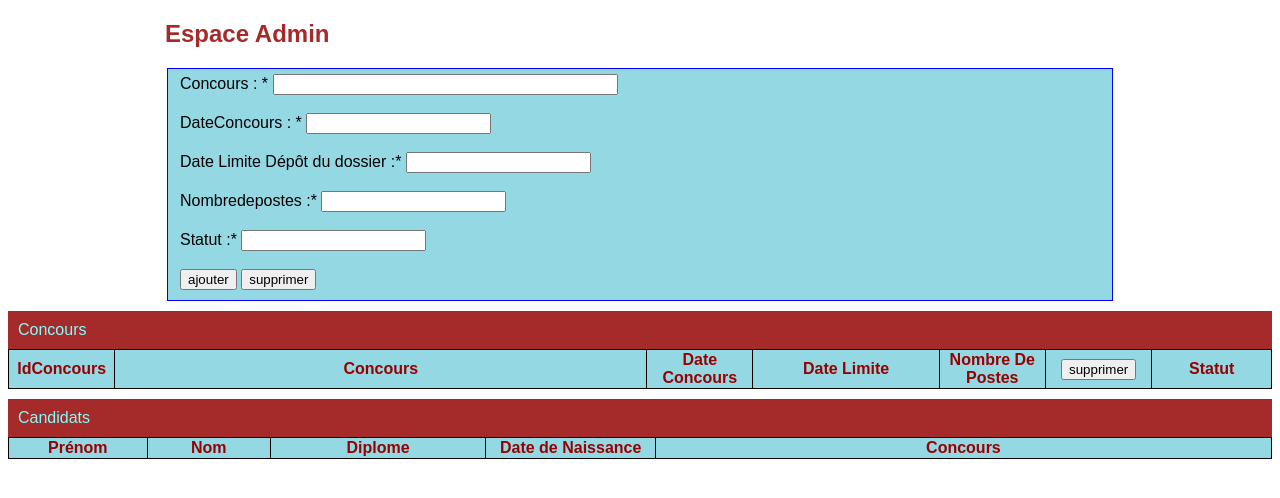
Repository: yahouari/Stage2019
Page: http://localhost/test/Gestion.jsp
These files come from the project's save history. The page is drawn as it stood at one moment and after the next save; the edit follows.
The browser window is 1280 px wide. The pictures show the whole page.
The page is served by Tomcat 9. Other server files are loaded and not shown. Queries for data that is not in the repository find no rows.

Above is the page before, as saved 2019-07-29 09:12:28.

### test/WebContent/Gestion.jsp
<%@ page pageEncoding="UTF-8" %>
<!DOCTYPE html>
<html>
<head>
		<meta charset="utf-8" />
		<link type="text/css" rel="stylesheet" href="inc/gest.css" />
        <title> Espace Admin</title>
</head>
<body>

        <div>
            <form method="get" action="GestionServlet">
            <h2><font color="brown"> Espace Admin</font></h2>

			  <fieldset>

			  <label for="Concours">Concours : <span class="requis">*</span></label>
              <input type="text" id="Concours" name="Concours" value="" size="40" maxlength="40" />
              <br />
              <br />

              <label for="DateConcours">DateConcours : <span class="requis">*</span></label>
              <input type="text" id="dateConcours" name="dateConcours" value="" size="20" maxlength="20" />
              <br />
              <br />

              <label for="DateLimite">Date Limite Dépôt du dossier :<span class="requis">*</span></label>
              <input type="text" id="DateLimite" name="DateLimite" value="" size="20" maxlength="20" />
              <br />
              <br />

              <label for="nombredepostes">Nombredepostes :<span class="requis">*</span></label>
              <input type="text" id="nombredepostes" name="nombredepostes" value="" size="20" maxlength="20" />
              <br />
              <br />
               <label for="statut">Statut :<span class="requis">*</span></label>
              <input type="text" id="statut" name="statut" value="" size="20" maxlength="20" />
              <br />
              <br />



              <input type="submit" value="ajouter"  />
              <form>


			  <input type="submit" value="supprimer"  />
			  </fieldset>

        </div>
         <legend>Concours</legend>

    <div >



              <table >
                    <tbody>
                    <tr bgcolor="#93d8e3" >
                    <th style="width:8%">IdConcours</th>

                    <th style="width:40%">Concours</th>
                    <th style="width:8%">Date Concours</th>
                    <th style="width:14%">Date Limite</th>
		            <th style="width:8%">Nombre De Postes</th>
		         <th style="width:8%"><input type="submit" value="supprimer"  /></th>

		            <th style="width:9%">Statut</th>

                    </tr>
                    <%@page import="java.sql.Connection"%>
					<%@page import="java.sql.DriverManager"%>
					<%@page import="java.sql.PreparedStatement"%>
					<%@page import="java.sql.ResultSet"%>
                  <%
                try {
                	Class.forName("com.mysql.jdbc.Driver");

                    Connection cn = DriverManager.getConnection("jdbc:mysql://localhost:3306/form","root","");

                    PreparedStatement statement = cn.prepareStatement("SELECT * FROM `gestion` order by idg");
                    ResultSet Rs = statement.executeQuery() ;


                    while (Rs.next()) {
            %>
            <tr class="info">
                <td><%=Rs.getString("idg")%></td>
                <td><%=Rs.getString("concours")%></td>
                <td><%=Rs.getString("dateconcours")%></td>
                <td><%=Rs.getString("datelimite")%></td>
                <td><%=Rs.getString("nombredepostes")%></td>
                <td><%=Rs.getString("Statut")%></td>
            </tr>
            <%
                    }

                } catch (Exception e) {
                    e.printStackTrace();
                }
            %>
        </table>
    </div>

    <legend>Candidats</legend>

    <div >



              <table >
                    <tbody>
                    <tr bgcolor="#93d8e3" >
                    <th style="width:9%">Prénom</th>
                    <th style="width:8%">Nom</th>
                    <th style="width:14%">Diplome</th>
		            <th style="width:11%">Date de Naissance</th>

		            <th style="width:40%">Concours</th>

                    </tr>
                    <%@page import="java.sql.Connection"%>
					<%@page import="java.sql.DriverManager"%>
					<%@page import="java.sql.PreparedStatement"%>
					<%@page import="java.sql.ResultSet"%>
                  <%
                try {
                	Class.forName("com.mysql.jdbc.Driver");

                    Connection cn = DriverManager.getConnection("jdbc:mysql://localhost:3306/form","root","");

                    PreparedStatement statement = cn.prepareStatement("select * from candidat");
                    ResultSet Rs = statement.executeQuery() ;


                    while (Rs.next()) {
            %>
            <tr class="info">
                <td><%=Rs.getString("prenom")%></td>
                <td><%=Rs.getString("nom")%></td>
                <td><%=Rs.getString("diplome")%></td>
                <td><%=Rs.getString("date_naissance")%></td>
                <td><%=Rs.getString("concours")%></td>
            </tr>
            <%
                    }

                } catch (Exception e) {
                    e.printStackTrace();
                }
            %>
        </table>














    </div>





</body>
</html>

### test/WebContent/inc/gest.css
@charset "UTF-8";
html {
  font-family: sans-serif;
}

form {
  width: 950px;
  margin: 0 auto;
}

div {
  margin-bottom: 10px;
}

fieldset {
  background: #93d8e3;
  border: 1px solid blue;
}

legend {
  padding: 10px;
  background: brown;
  color: #80ffff;
}

#otherValue
{
  display: none;
}

#other:checked ~ #otherValue
{
  display: inline-block;
}
table
{
    border-collapse: collapse;
    color: #900;

}
td, th /* Mettre une bordure sur les td ET les th */
{
    border: 1px solid black;
    color: #900;
}

After the next save:
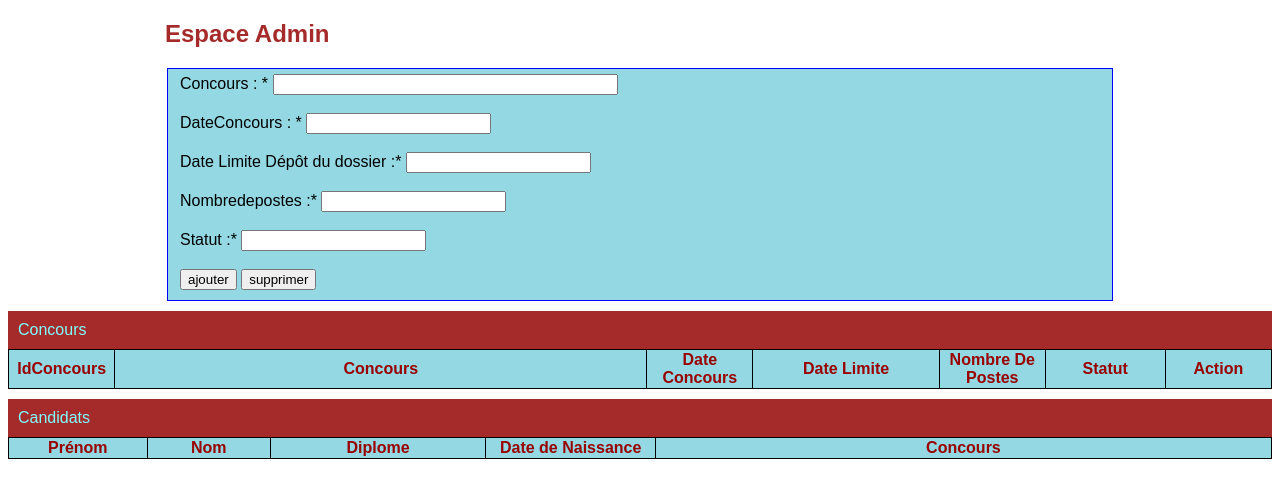
Saved 2 min 18 s later.
--- a/test/WebContent/Gestion.jsp
+++ b/test/WebContent/Gestion.jsp
@@ -63,9 +63,9 @@
                     <th style="width:8%">Date Concours</th>
                     <th style="width:14%">Date Limite</th>
 		            <th style="width:8%">Nombre De Postes</th>
-		         <th style="width:8%"><input type="submit" value="supprimer"  /></th>
 
 		            <th style="width:9%">Statut</th>
+		            <th style="width:8%">Action</th>
 
                     </tr>
                     <%@page import="java.sql.Connection"%>
@@ -91,6 +91,7 @@
                 <td><%=Rs.getString("datelimite")%></td>
                 <td><%=Rs.getString("nombredepostes")%></td>
                 <td><%=Rs.getString("Statut")%></td>
+                <td><input type="submit" value="supprimer"  /></td>
             </tr>
             <%
                     }
